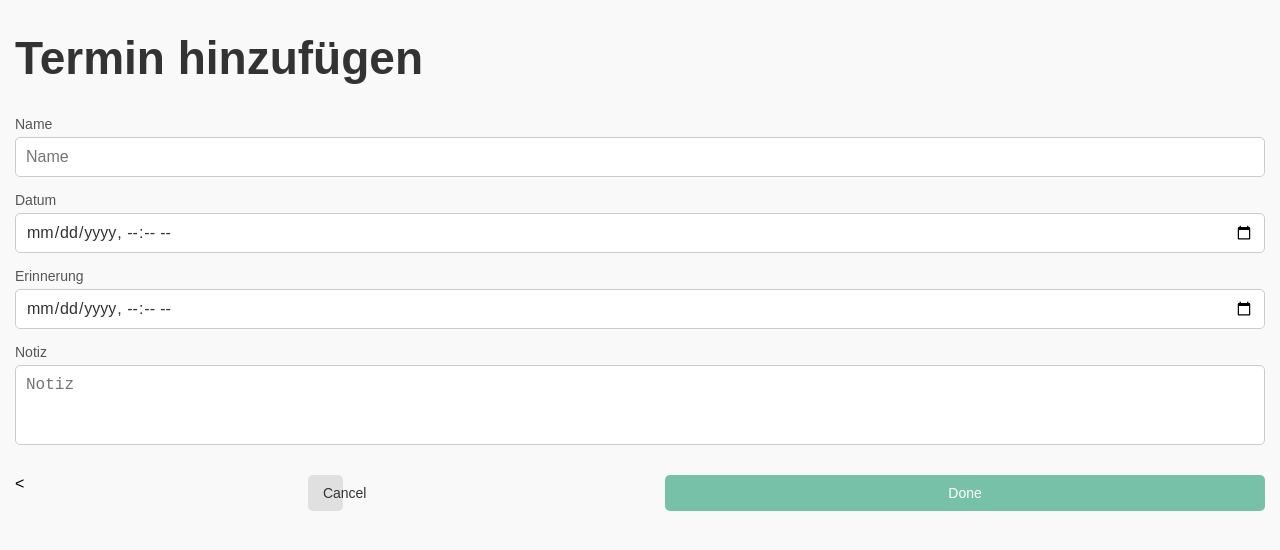
Repository: jakemoes/Pet-Tracker
Page: PWA/addAppointment.html
The author's editor kept a copy of each file at every save. The page is drawn from the files as they stood at one save, then again after a run of saves.
The browser window is 1280 px wide. The pictures show the whole page.

Above is the page before, as saved 2024-12-06 19:56:42.

After the next 3 saves:
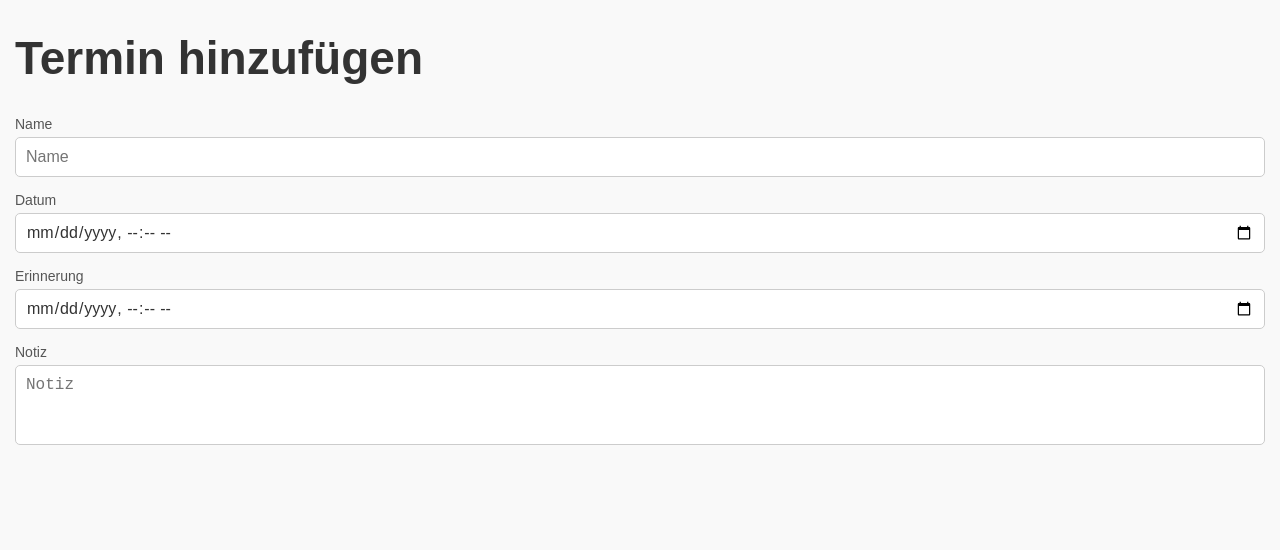
The 3 saves are shown as one change because they came seconds apart.
The last was saved 9 s later.
--- a/PWA/addAppointment.html
+++ b/PWA/addAppointment.html
@@ -23,7 +23,7 @@
             <textarea id="notiz" name="notiz" placeholder="Notiz"></textarea>
 
             <div class="button-container">
-                <<a href="appointment.html">
+                <!-- <a href="appointment.html"> -
                 <button type="button" onclick=""appointment.html" class="cancel-btn">Cancel</button>
                 </a>
                 <button type="submit" class="done-btn">Done</button>
